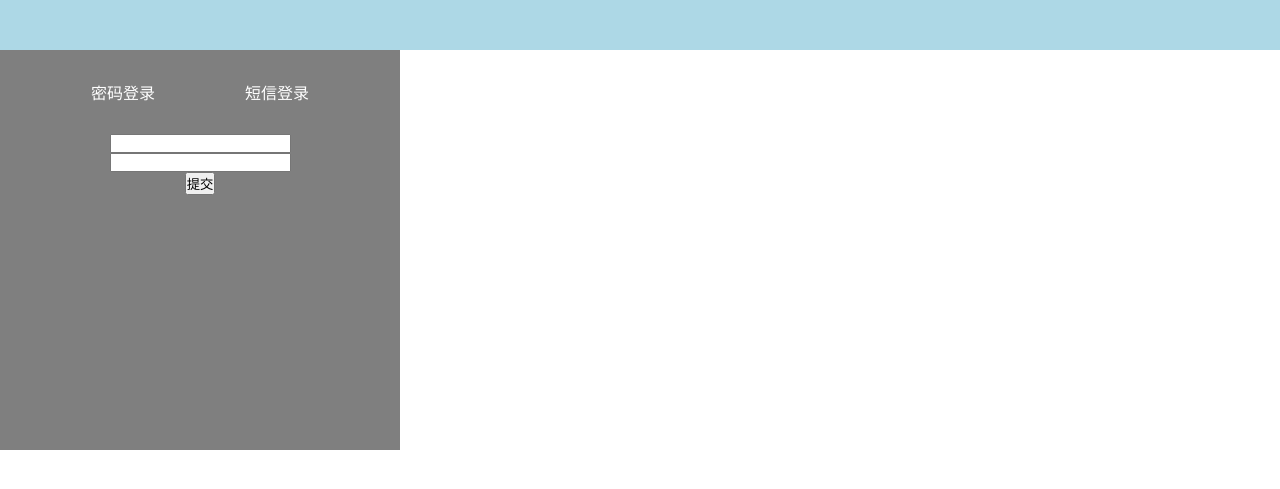
Repository: wxamlzm/campus0714
Page: views/login.html
An editor plug-in stored every save of this project. The page is shown before and after the next save, followed by the edit.
The browser window is 1280 px wide. The pictures show the whole page.

Above is the page before, as saved 2021-07-14 22:58:43.

After the next save:
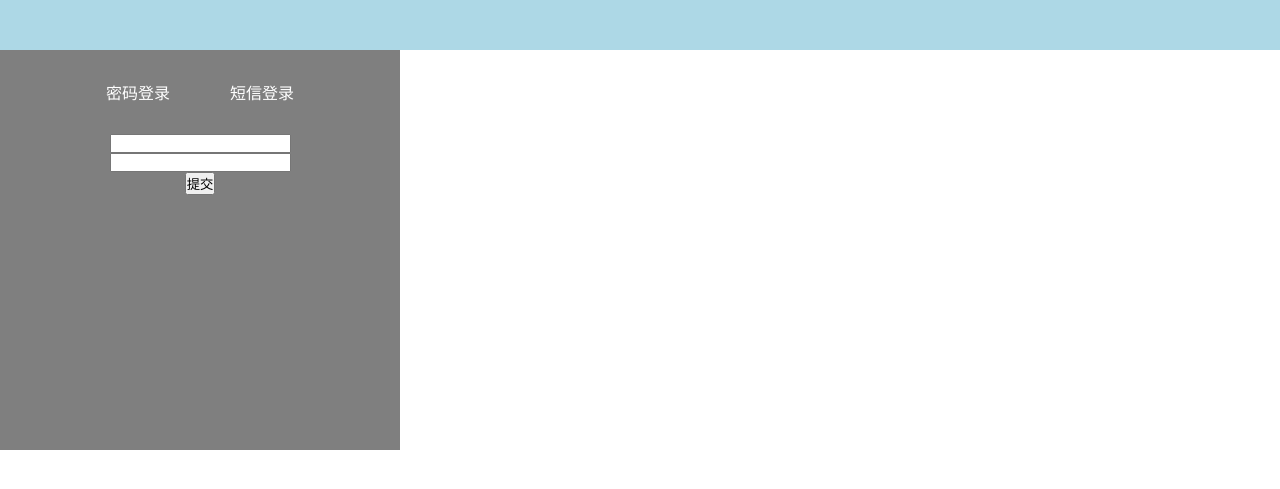
Saved 4 s later.
--- a/views/css/common.css
+++ b/views/css/common.css
@@ -24,7 +24,7 @@ header {
 }
 .login-box .login-title > a {
   display: inline-block;
-  width: 150px;
+  width: 120px;
   color: #fff;
   text-decoration: none;
 }
